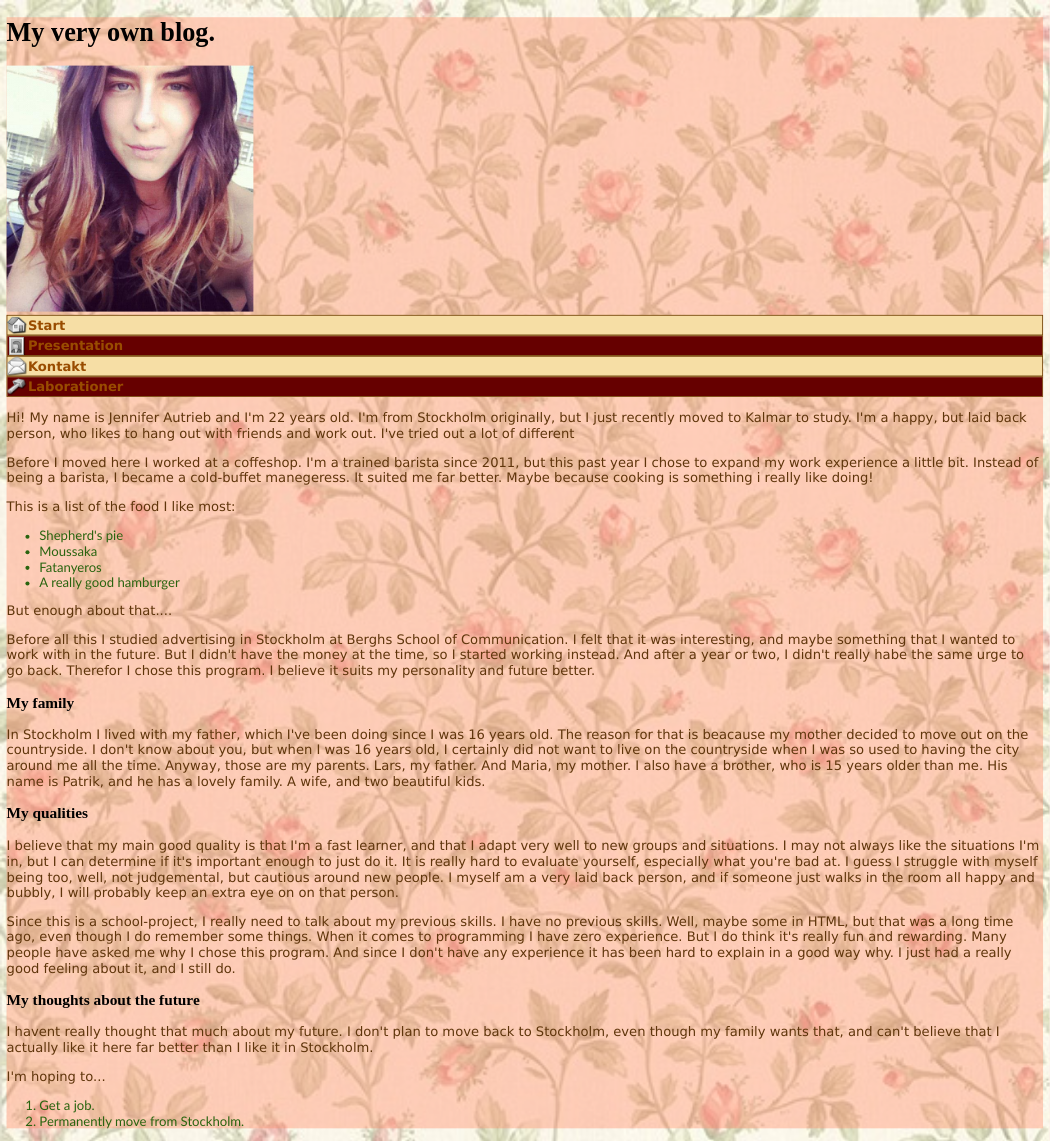
Repository: JeAut/1ik415-JeAut-laborationer
Page: WWW/pages/Presentation.html
The author's editor kept a record of every edit. The page is drawn from the files as they stood at one moment, then again after the next edit.
The browser window is 1280 px wide. The pictures show the whole page, at 82% of full size.

Above is the page before.

After the next edit:
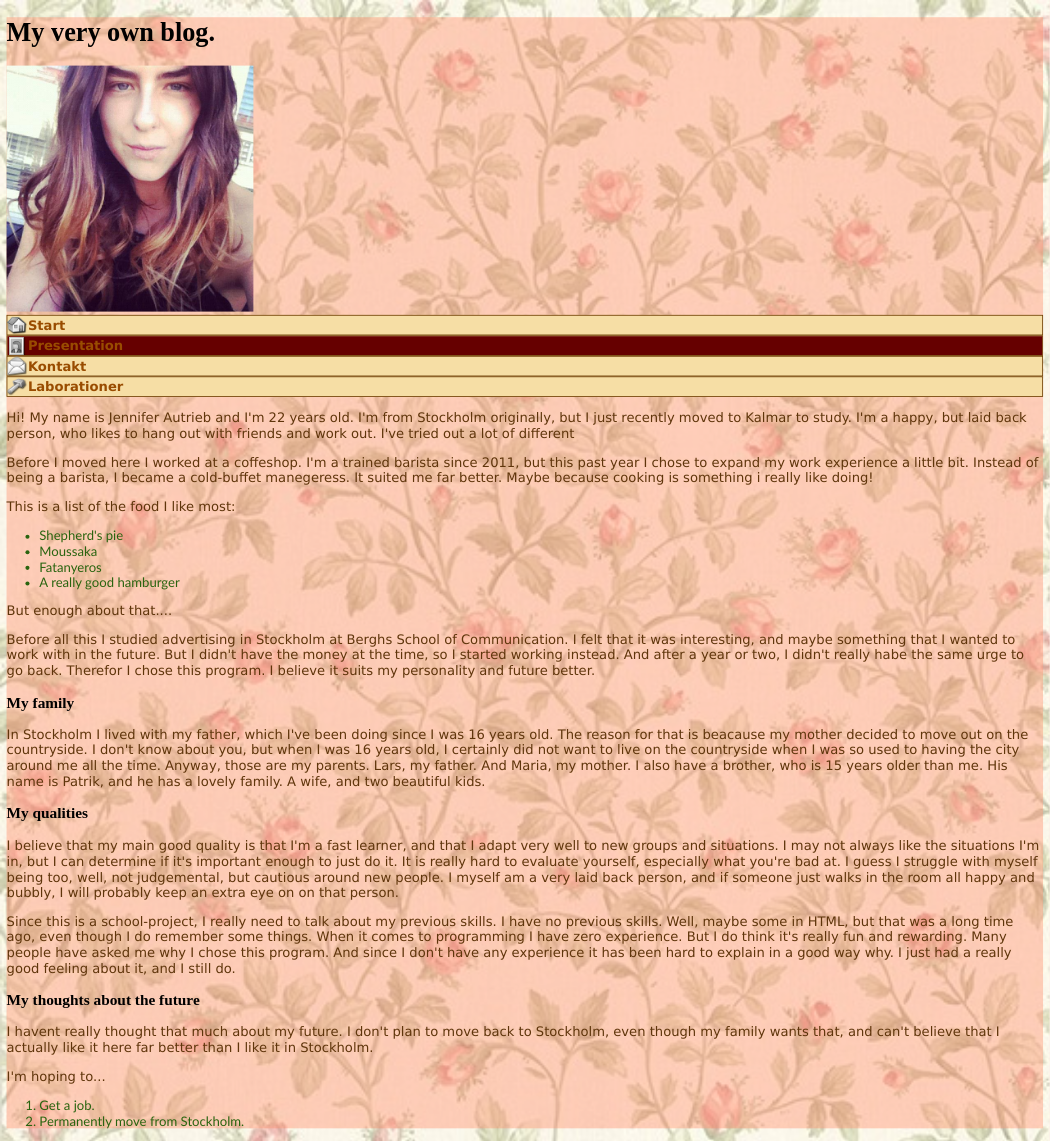
The edit:
--- a/WWW/pages/Presentation.html
+++ b/WWW/pages/Presentation.html
@@ -20,7 +20,7 @@
         <li><a href="../index.html" class="buttonstart"> Start</a></li>
         <li><a href="Presentation.html" class="active buttonpresent"> Presentation</a></li>
         <li><a href="kontakt.html" class="buttonkontakt"> Kontakt</a></li>
-        <li><a href="laborationer.html" class="active buttonlabb"> Laborationer</a></li>
+        <li><a href="laborationer.html" class="buttonlabb"> Laborationer</a></li>
     </ul>
 </div>
 
